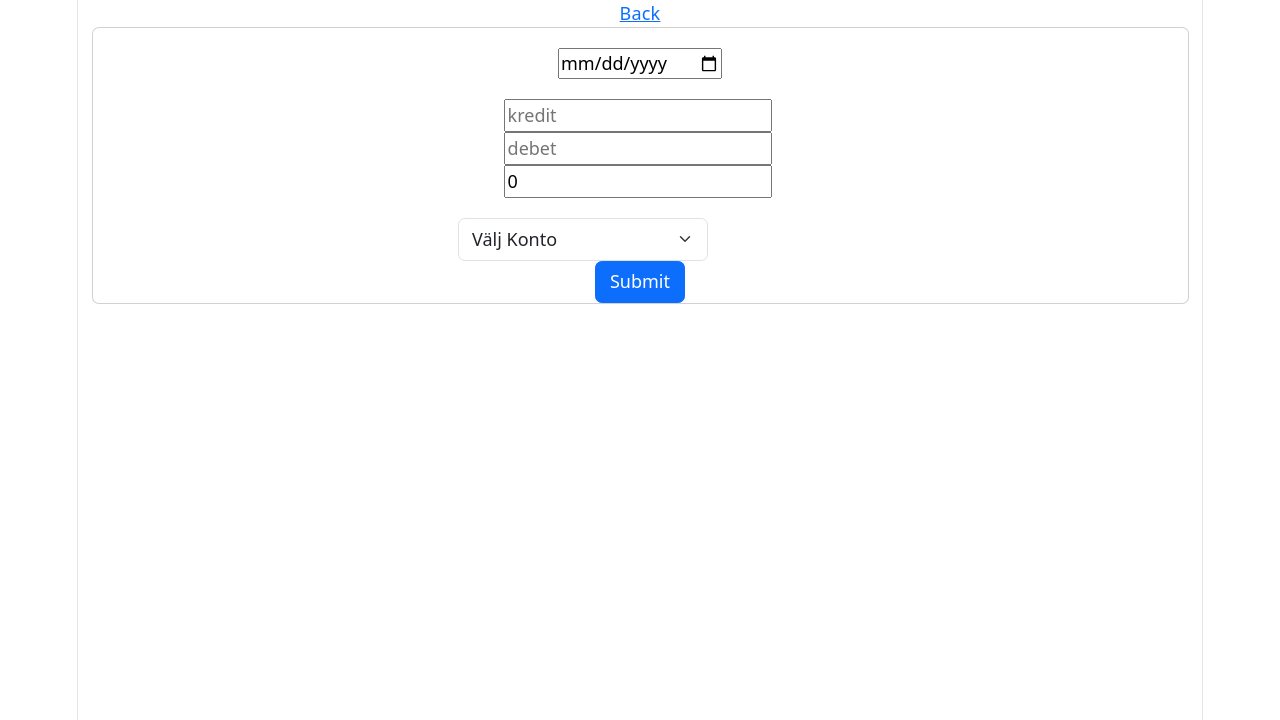
Repository: supply24/kidsaccount
Page: /action
These files come from the project's save history. The page is drawn as it stood at one moment and after the next save; the edit follows.
The browser window is 1280 px wide. The pictures show the whole page.
The page's requests for data from a server got no answer. The project was rebuilt for these pictures with package versions that can differ from the ones it lists, and the page was loaded fresh each time. No one was signed in, and anything a server would have sent is missing. Also part of the build but not shown: vite.config.js, src/App.css, src/App.jsx, src/Homing.jsx, src/Emilia.jsx, src/Alexander.jsx.

Above is the page before, as saved 2026-08-01 05:37:12.

### index.html
<!doctype html>
<html lang="en">
  <head>
    <meta charset="UTF-8" />
    <link rel="icon" type="image/svg+xml" href="/favicon.svg" />
    <meta name="viewport" content="width=device-width, initial-scale=1.0" />
    <title>accounter</title>
    <link
  rel="stylesheet"
  href="https://cdn.jsdelivr.net/npm/bootstrap@5.3.5/dist/css/bootstrap.min.css"
  integrity="sha384-SgOJa3DmI69IUzQ2PVdRZhwQ+dy64/BUtbMJw1MZ8t5HZApcHrRKUc4W0kG879m7"
  crossorigin="anonymous"
/>
  </head>
  <body>
    <div id="root"></div>
    <script type="module" src="/src/main.jsx"></script>
  </body>
</html>

### src/main.jsx
import { StrictMode } from 'react'
import { createRoot } from 'react-dom/client'
import { createBrowserRouter, RouterProvider } from 'react-router-dom'
import './index.css'
import App from './App.jsx'
import Homing from "./Homing.jsx"
import Actions from "./Actions.jsx"
import Emilia from "./Emilia.jsx"
import Alexander from "./Alexander.jsx"

const router = createBrowserRouter ([
{path:"/",
  element:<Homing/>
}  ,
{path:"/action",
  element:<Actions/>
},
{path:"/emlia",
  element:<Emilia/>
},
{path:"/alex",
  element:<Alexander/>
}
])

createRoot(document.getElementById('root')).render(
  <StrictMode>
    <RouterProvider router={router}/>
  </StrictMode>,
)

### src/index.css
:root {
  --text: #6b6375;
  --text-h: #08060d;
  --bg: #fff;
  --border: #e5e4e7;
  --code-bg: #f4f3ec;
  --accent: #aa3bff;
  --accent-bg: rgba(170, 59, 255, 0.1);
  --accent-border: rgba(170, 59, 255, 0.5);
  --social-bg: rgba(244, 243, 236, 0.5);
  --shadow:
    rgba(0, 0, 0, 0.1) 0 10px 15px -3px, rgba(0, 0, 0, 0.05) 0 4px 6px -2px;

  --sans: system-ui, 'Segoe UI', Roboto, sans-serif;
  --heading: system-ui, 'Segoe UI', Roboto, sans-serif;
  --mono: ui-monospace, Consolas, monospace;

  font: 18px/145% var(--sans);
  letter-spacing: 0.18px;
  color-scheme: light dark;
  color: var(--text);
  background: var(--bg);
  font-synthesis: none;
  text-rendering: optimizeLegibility;
  -webkit-font-smoothing: antialiased;
  -moz-osx-font-smoothing: grayscale;

  @media (max-width: 1024px) {
    font-size: 16px;
  }
}

@media (prefers-color-scheme: dark) {
  :root {
    --text: #9ca3af;
    --text-h: #f3f4f6;
    --bg: #16171d;
    --border: #2e303a;
    --code-bg: #1f2028;
    --accent: #c084fc;
    --accent-bg: rgba(192, 132, 252, 0.15);
    --accent-border: rgba(192, 132, 252, 0.5);
    --social-bg: rgba(47, 48, 58, 0.5);
    --shadow:
      rgba(0, 0, 0, 0.4) 0 10px 15px -3px, rgba(0, 0, 0, 0.25) 0 4px 6px -2px;
  }

  #social .button-icon {
    filter: invert(1) brightness(2);
  }
}

body {
  margin: 0;
}

#root {
  width: 1126px;
  max-width: 100%;
  margin: 0 auto;
  text-align: center;
  border-inline: 1px solid var(--border);
  min-height: 100svh;
  display: flex;
  flex-direction: column;
  box-sizing: border-box;
}

h1,
h2 {
  font-family: var(--heading);
  font-weight: 500;
  color: var(--text-h);
}

h1 {
  font-size: 56px;
  letter-spacing: -1.68px;
  margin: 32px 0;
  @media (max-width: 1024px) {
    font-size: 36px;
    margin: 20px 0;
  }
}
h2 {
  font-size: 24px;
  line-height: 118%;
  letter-spacing: -0.24px;
  margin: 0 0 8px;
  @media (max-width: 1024px) {
    font-size: 20px;
  }
}
p {
  margin: 0;
}

code,
.counter {
  font-family: var(--mono);
  display: inline-flex;
  border-radius: 4px;
  color: var(--text-h);
}

code {
  font-size: 15px;
  line-height: 135%;
  padding: 4px 8px;
  background: var(--code-bg);
}

### src/Actions.jsx
import React, {useEffect, useState} from 'react'
import {Col, Row, Button, Form, Container, Card} from "react-bootstrap"
import { createClient } from "@supabase/supabase-js"
import {supabase} from "./data/Export/Supabase.jsx"
import number from "./data/Export/Numbers.jsx"
import {Link} from "react-router-dom"

const Actions = () => {
  const [konto, setKonto]=useState("")
  const [numbers, setNumbers]=useState("")
  const [datetime, setDatetime]=useState("")
  const [kredit, setKredit]=useState("")
  const [debet, setDebet]=useState("")
  const [kontox, setKontox]=useState("")
  const [accounter, setAccounter]=useState("")
  const [ setSumx ]=useState("")

  const handleNumbers =(e)=>{
    setNumbers(e.target.value)
  }

  const handleDatetime=(e)=>{
    setDatetime(e.target.value)
      }

      const handleKredit = (e)=>{
        setKredit(e.target.value)
      }
      const handleDebet = (e)=>{
        setDebet(e.target.value)
      }

      const handleKontox = (e)=>{
        setKontox(e.target.value)
      }
      const handleSumx = (e)=>{
        setSumx(e.target.value)
      }

            const sumx = (debet) - (kredit)

      const payload= [{
    konto :{ kredit, debet, kontox, sumx}, datetime
               }]
      const handleSubmit=async(e)=>{
        e.preventDefault()
          const {data, error} = await supabase.from("Accounting").insert(payload);
          if(error)
            console.error("error yes", error)
            else{
              console.error("konto info", data)
      }}

      useEffect(()=>{
        getCounts()
      },[]
      )

      async function getCounts(){
        const {data, error} = await supabase.from("Accounting").select("*")
        setAccounter(data)
        console.log("konton hämtade", data ? data: "no fetch")
      }

      function Break () {
        return (
          <div style={{marginTop:"20px"}}></div>)
      }



  return (
    <div>
      <Link to="/">Back</Link>

        <Container>



          <Card>
            <Form onSubmit={handleSubmit}>
              <Col md={4} className="mx-auto" style={{marginTop:"20px"}}>
<input type="date" value={datetime} onChange={handleDatetime} /><Break/>
<input type="number" value={kredit} onChange={handleKredit} placeholder='kredit'/>&nbsp;
<input type="number" value={debet} onChange={handleDebet} placeholder='debet'/>&nbsp;
<input type="number" value={sumx} onChange={handleSumx} placeholder='sumx'/>&nbsp;

        <Form.Group style={{width:"250px", marginTop:"20px"}} aling="center">
          <Form.Select
          type="dropdown"
          onChange={(e)=>setKontox(e.target.value)}>
            <option value={kontox}>Välj Konto</option>
            {number.map((account)=>(
              <option key={account.id}>{account.kontox}</option>
            ))}
</Form.Select>
        </Form.Group>



        <Button type="submit">Submit</Button></Col>

         </Form> </Card></Container>  </div>
  )
}

export default Actions

### src/data/Export/Supabase.jsx
import React from "react";
import {createClient} from '@supabase/supabase-js'

/*
const supabaseUrl = 'https://rfzavnmxfanengjuapns.supabase.co'
//const supabaseKey = process.env.SUPABASE_KEY
const supabaseKey= "eyJhbGciOiJIUzI1NiIsInR5cCI6IkpXVCJ9.eyJpc3MiOiJzdXBhYmFzZSIsInJlZiI6InJmemF2bm14ZmFuZW5nanVhcG5zIiwicm9sZSI6ImFub24iLCJpYXQiOjE3ODQ3NzUzMzMsImV4cCI6MjEwMDM1MTMzM30.uY-HxfNB9RcQpFpu75w03NXVAMYMurzfTEnpVtIfYG8"
const supabase = createClient(supabaseUrl, supabaseKey)
*/

export const supabase = createClient(
    import.meta.env.VITE_SUPABASE_URL,
    import.meta.env.VITE_SUPABASE_PUBLISHABLE_DEFAULT_KEY
)

### src/data/Export/Numbers.jsx
const number = [
    {id:"101", kontox:"128", debet:"", kredit:""},
    {id:"201", kontox:"199",  debet:"", kredit:""},
       {id:"301", kontox:"112",  debet:"", kredit:""},
           {id:"501", kontox:"562",  debet:"", kredit:""}
]

export default number

After the next save:
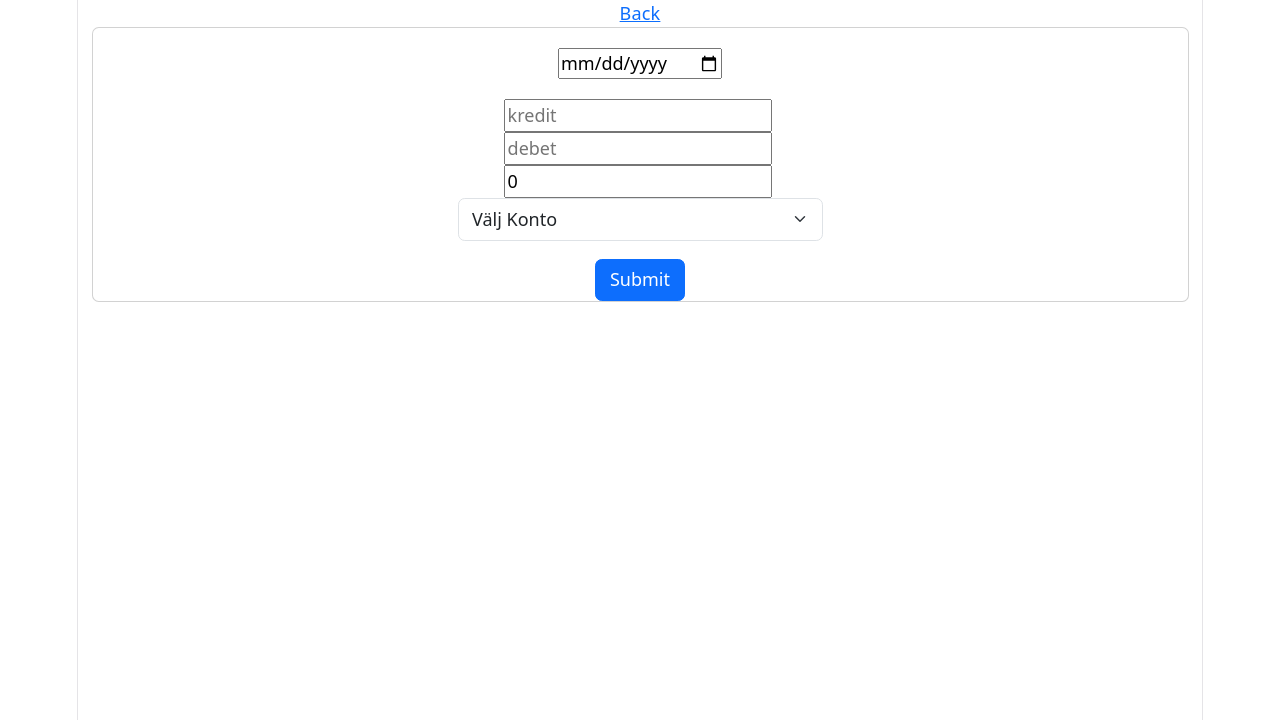
Saved 24 s later.
--- a/src/Actions.jsx
+++ b/src/Actions.jsx
@@ -85,7 +85,7 @@ const Actions = () => {
 <input type="number" value={debet} onChange={handleDebet} placeholder='debet'/>&nbsp;
 <input type="number" value={sumx} onChange={handleSumx} placeholder='sumx'/>&nbsp;
 
-        <Form.Group style={{width:"250px", marginTop:"20px"}} aling="center">
+        <Form.Group className="mb-3" controlId="formBasicEmail">
           <Form.Select
           type="dropdown"
           onChange={(e)=>setKontox(e.target.value)}>
